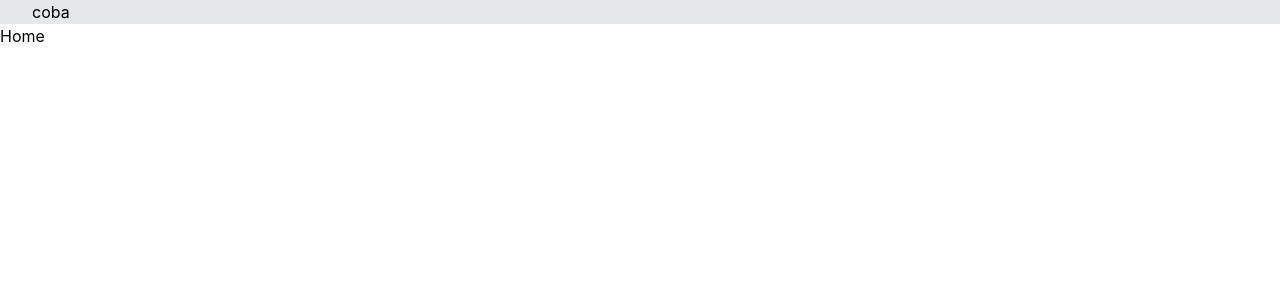
Repository: farrelmuhammad/real-estate-react
Page: /
These files come from the project's save history. The page is drawn as it stood at one moment and after the next save; the edit follows.
The browser window is 1280 px wide. The pictures show the whole page.
The project was rebuilt for these pictures with package versions that can differ from the ones it lists, and the page was loaded fresh each time. Also part of the build but not shown: src/App.css.

Above is the page before, as saved 2023-02-06 18:23:32.

### src/App.js
import logo from "./logo.svg";
import "./App.css";
import { Route, Routes } from "react-router-dom";
import Home from "./pages/Home";

function App() {
  return (
    <Routes>
      <Route exact path="/" element={<Home />} />
    </Routes>
  );
}

export default App;

### src/pages/Home.jsx
import React from 'react'
import Navbar from '../components/Navbar'

const Home = () => {
    return (
        <>
            <Navbar />
            <div>Home</div>
        </>
    )
}

export default Home

### src/components/Navbar.jsx
import React from 'react'

const Navbar = () => {
    return (
        <>
            <nav class="bg-gray-200">
                <div class="max-w-7xl mx-auto px-2 sm:px-6 lg:px-8">
                    coba
                </div>
            </nav>
        </>
    )
}

export default Navbar

Loaded but not shown: public/index.html (common file); src/index.js (common file); src/index.css (common file); src/reportWebVitals.js (common file); tailwind.config.js (common file)

After the next save:
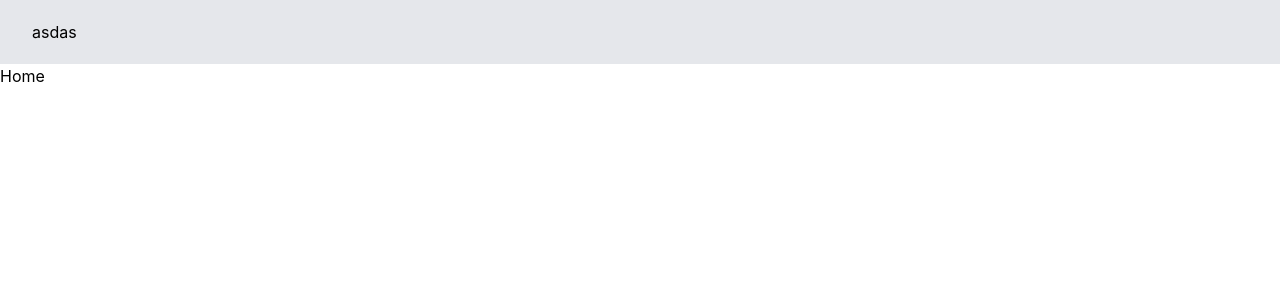
Saved 30 s later.
--- a/src/components/Navbar.jsx
+++ b/src/components/Navbar.jsx
@@ -5,7 +5,9 @@ const Navbar = () => {
         <>
             <nav class="bg-gray-200">
                 <div class="max-w-7xl mx-auto px-2 sm:px-6 lg:px-8">
-                    coba
+                    <div class="relative flex items-center justify-between h-16">
+                        asdas
+                    </div>
                 </div>
             </nav>
         </>
